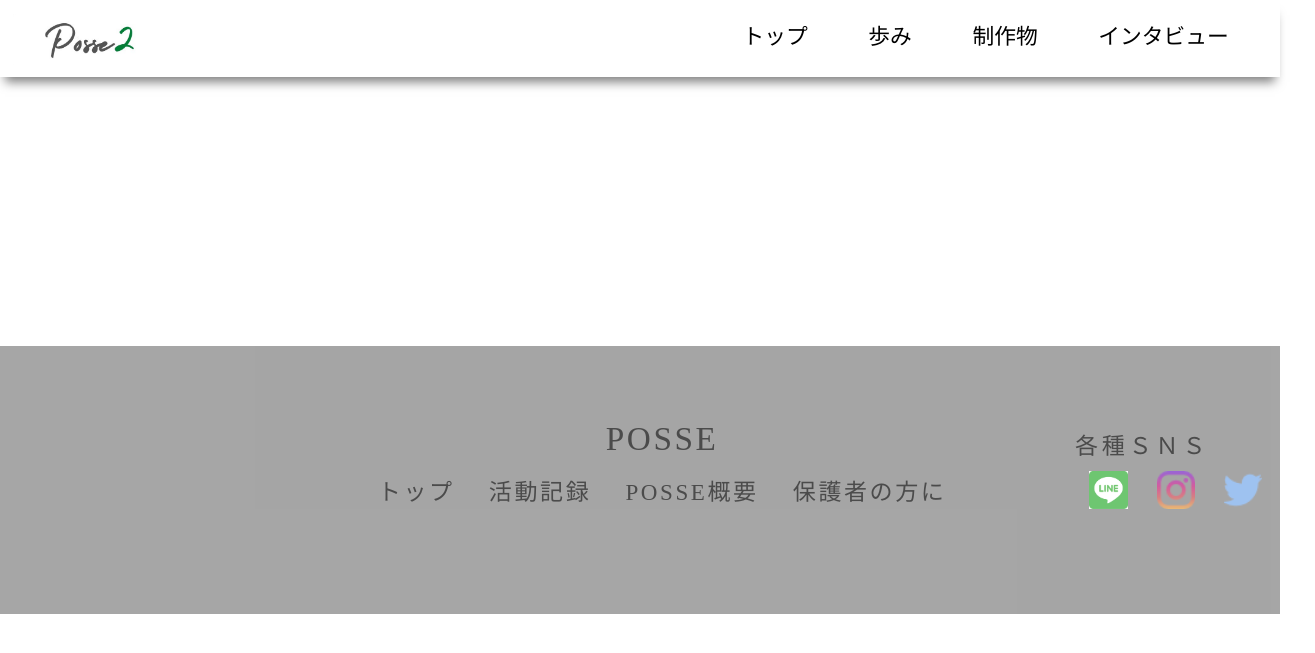
Repository: posse-ap/posse2-hackathon-202202-team2A
Page: topPage/index.html
These files come from the project's save history. The page is drawn as it stood at one moment and after a run of saves; the edit follows.
The browser window is 1280 px wide. The page is 1280 px wide, then 1315 px, then 1280 px, so the pictures cover 1315 px, including what lies to the right of the window. The pictures show the whole page.

Above is the page before, as saved 2022-02-15 02:40:48.

After the next 3 saves:
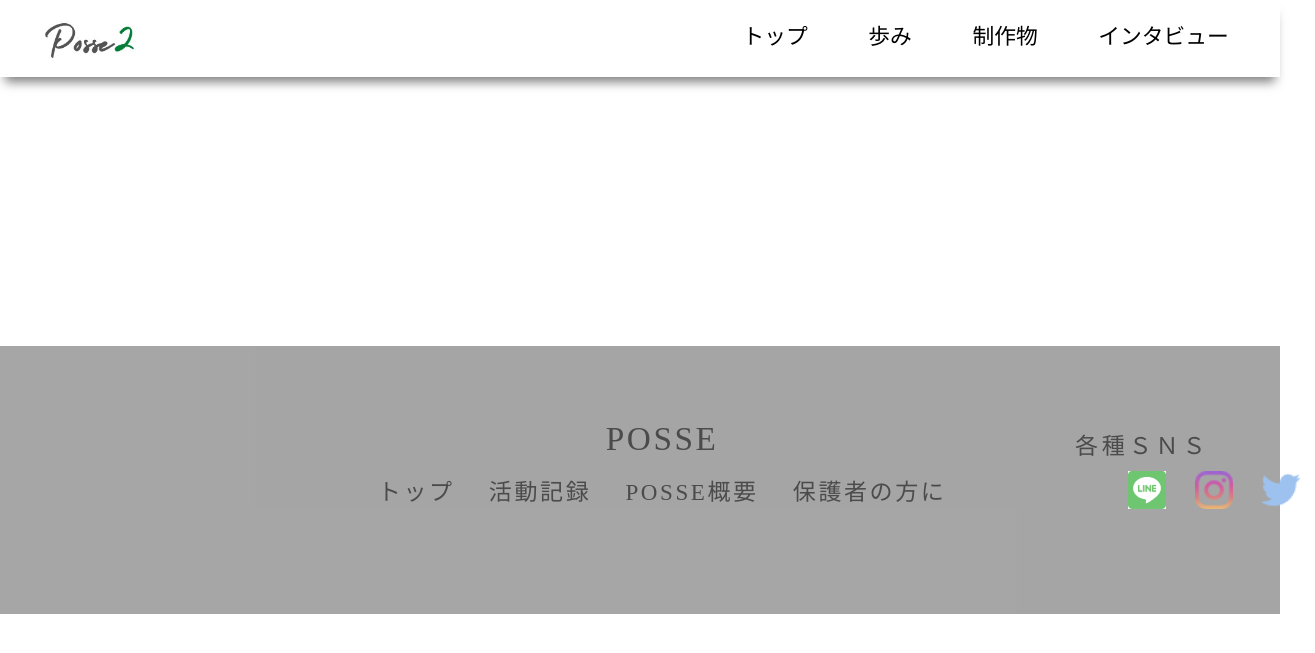
The 3 saves are shown as one change because they came seconds apart.
The last was saved 28 s later.
--- a/topPage/style.css
+++ b/topPage/style.css
@@ -68,6 +68,7 @@
 
 .SNS_box{
     width: 150%;
+    margin-left: 3rem;
 }
 
 

After the save that followed:
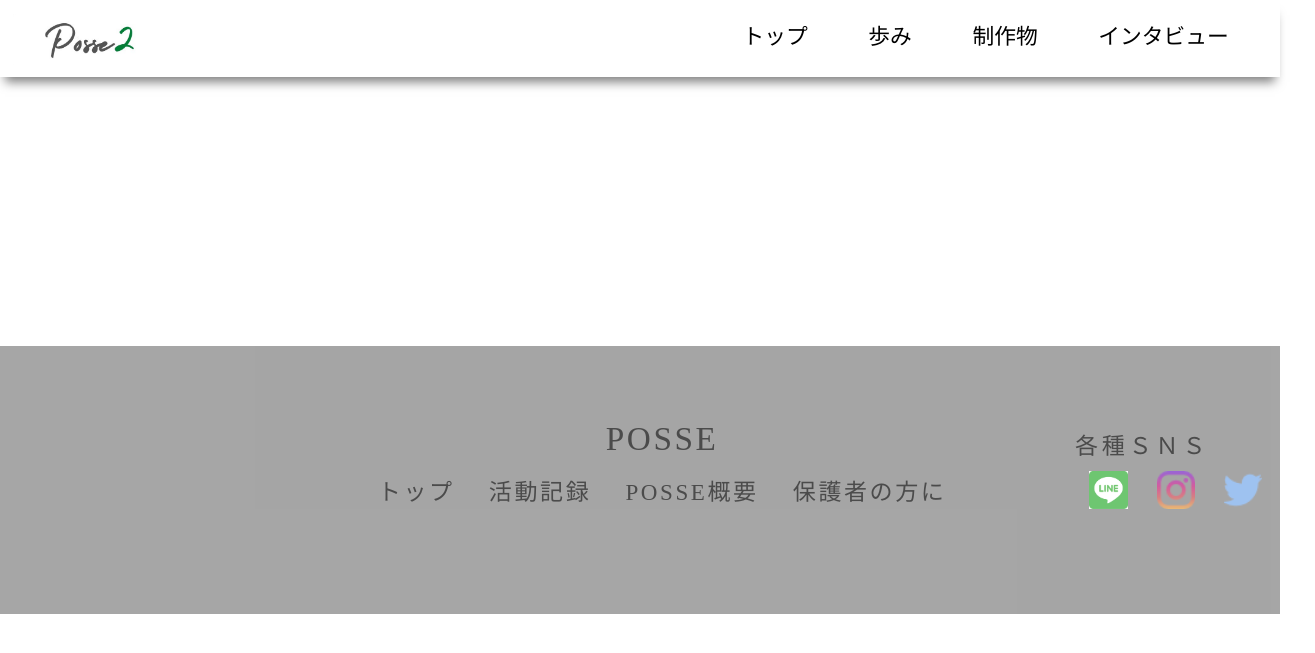
Saved 9 s later.
--- a/topPage/style.css
+++ b/topPage/style.css
@@ -68,7 +68,7 @@
 
 .SNS_box{
     width: 150%;
-    margin-left: 3rem;
+    margin-right: 3rem;
 }
 
 
